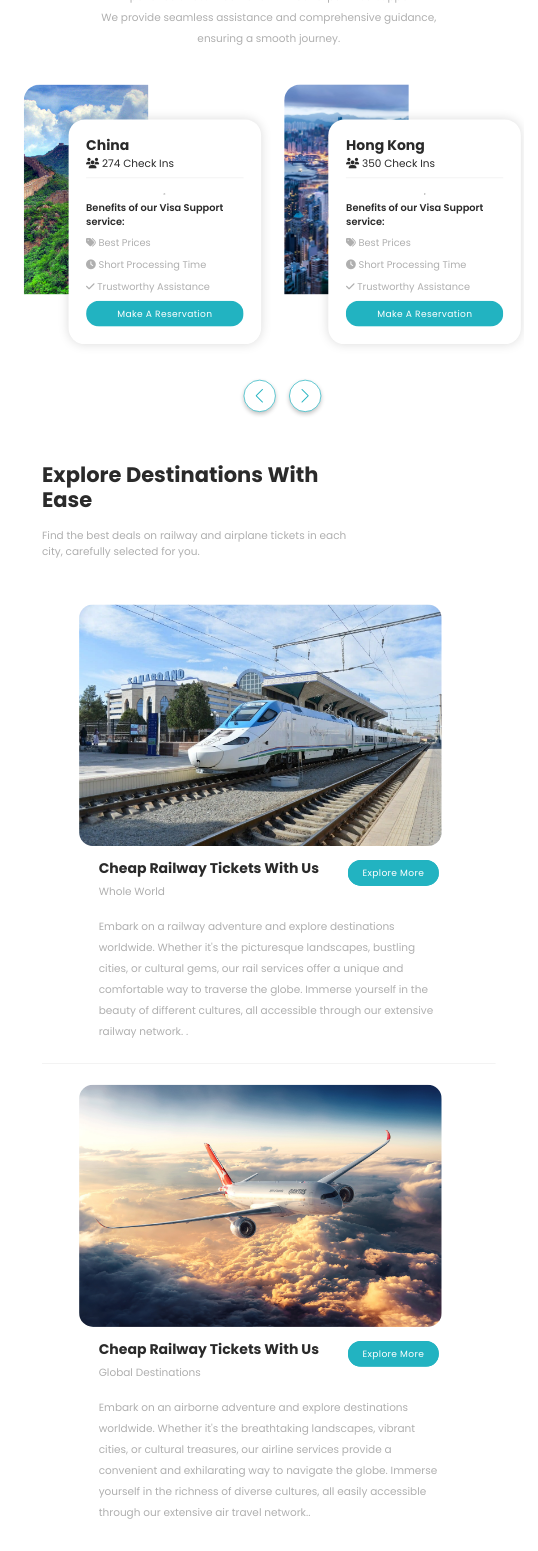
Repository: asadbekdev07/asadbekdev-zamontour-react
Page: /
An editor plug-in stored every save of this project. The page is shown before and after the next save, followed by the edit.
The browser window is 768 px wide. The pictures show the part of the page from y = 1562 to 3802 px (the page is 3777 px tall before and 3802 px after), at 70% of full size.
The project was rebuilt for these pictures with package versions that can differ from the ones it lists, and the page was loaded fresh each time. Also part of the build but not shown: vite.config.js.

Above is the page before, as saved 2024-05-26 18:41:25.

### index.html
<!doctype html>
<html lang="en">
  <head>
    <meta charset="UTF-8" />
    <link rel="icon" type="image/svg+xml" href="/vite.svg" />
    <meta name="viewport" content="width=device-width, initial-scale=1.0" />
    <title>Vite + React</title>
    <link rel="stylesheet" href="https://cdnjs.cloudflare.com/ajax/libs/font-awesome/6.5.2/css/all.min.css" integrity="sha512-SnH5WK+bZxgPHs44uWIX+LLJAJ9/2PkPKZ5QiAj6Ta86w+fsb2TkcmfRyVX3pBnMFcV7oQPJkl9QevSCWr3W6A==" crossorigin="anonymous" referrerpolicy="no-referrer" />

  </head>
  <body>
    <div id="root"></div>
    <script type="module" src="/src/main.jsx"></script>
  </body>
</html>

### src/main.jsx
import React from 'react'
import ReactDOM from 'react-dom/client'
import App from './assets/components/App'
import './assets/styles/index.css'
import './i18n'

ReactDOM.createRoot(document.getElementById('root')).render(
  <React.StrictMode>
    <App />
  </React.StrictMode>,
)

### src/assets/components/App.jsx
import Destination from "./Destination"
import Offers from "./Offers"
import SiteHeader from "./Site-header"
import SliderHero from "./Slider-hero"
import Visa from "./Visa"

function App() {

  return (
    <>
      <SiteHeader />
      <SliderHero />
      <Offers />
      <Visa />
      <Destination />
    </>
  )
}

export default App

### src/assets/styles/index.css
/* CUSTOM PROPS */
:root {
  --primary-color: #22b3c1;
  --primary-bg-color: #ffffff;
  --border-color: #eeeeee;
  --secondary-text-color: #2a2a2a;
  --grayish-text-color: #afafaf;
  --form-border-color: #e0e0e0;
}

/* FONT-FACE  */
@font-face {
  font-family: "Poppins";
  src: url("../fonts/Poppins-Regular.woff2") format("woff2"), url("../fonts/Poppins-Regular.woff") format("woff");
  font-weight: normal;
  font-style: normal;
  font-display: swap;
}
@font-face {
  font-family: "Poppins";
  src: url("../fonts/Poppins-BoldItalic.woff2") format("woff2"), url("../fonts/Poppins-BoldItalic.woff") format("woff");
  font-weight: bold;
  font-style: italic;
  font-display: swap;
}
@font-face {
  font-family: "Poppins";
  src: url("../fonts/Poppins-SemiBold.woff2") format("woff2"), url("../fonts/Poppins-SemiBold.woff") format("woff");
  font-weight: 600;
  font-style: normal;
  font-display: swap;
}
@font-face {
  font-family: "Poppins";
  src: url("../fonts/Poppins-Medium.woff2") format("woff2"), url("../fonts/Poppins-Medium.woff") format("woff");
  font-weight: 500;
  font-style: normal;
  font-display: swap;
}
@font-face {
  font-family: "Poppins";
  src: url("../fonts/Poppins-Bold.woff2") format("woff2"), url("../fonts/Poppins-Bold.woff") format("woff");
  font-weight: bold;
  font-style: normal;
  font-display: swap;
}

/* GLOBAL  */
html {
  box-sizing: border-box;
  height: 100%;
  scroll-behavior: smooth;
}

*,
*::before,
*::after {
  box-sizing: inherit;
}

:focus {
  outline: 2px dotted var(--primary-color);
  outline-offset: 3px;
}

body {
  display: flex;
  flex-direction: column;
  height: 100%;
  padding: 0;
  margin: 0;
  font-weight: 400;
  font-family: "Poppins", "Arial", sans-serif;
  font-size: 15px;
  background-color: #ffffff;
  color: var(--grayish-text-color);
}

img {
  max-width: 100%;
  height: auto;
}

/* AUTOFILL-STYLES */
/*input:-webkit-autofill,
input:-webkit-autofill:hover,
input:-webkit-autofill:focus,
textarea:-webkit-autofill,
textarea:-webkit-autofill:hover,
textarea:-webkit-autofill:focus,
select:-webkit-autofill,
select:-webkit-autofill:hover,
select:-webkit-autofill:focus {
  border-color: transparent;
  -webkit-text-fill-color: inherit;
  -webkit-box-shadow: 0 0 0px 1000px #fff inset;
}*/


/* PLACEHOLDER-STYLES */
/*::-webkit-input-placeholder,
::-moz-placeholder,
:-ms-input-placeholder,
:-moz-placeholder {
  color: rgba(52, 49, 61, 0.5);
  opacity: 1;
}*/


/* VISUALLY-HIDDEN */
.visually-hidden {
  position: absolute;
  width: 1px;
  height: 1px;
  margin: -1px;
  border: 0;
  padding: 0;
  clip: rect(0 0 0 0);
  overflow: hidden;
}


/* CONTAINER  */
.container {
  width: 100%;
  max-width: 1200px;
  padding-left: 20px;
  padding-right: 20px;
  margin-left: auto;
  margin-right: auto;
}

/* MAIN-CONTENT  */
.main-content {
  flex-grow: 1;
}

/* BUTTON  */
.button {
  padding: 13px 30px;
  margin: 0;
  display: inline-block;
  border-radius: 25px;
  font-weight: 500;
  line-height: 21px;
  font-size: 14px;
  letter-spacing: 0.5px;
  transition: color 0.4s ease;
  text-transform: capitalize;
  border: 1px solid transparent;
  background-color: #22b3c1;
  color: #ffffff;
  overflow: hidden;
  text-decoration: none;
  cursor: pointer;
  white-space: nowrap;
  text-align: center;
}
.button:hover {
  opacity: 0.8;
}
.button:active {
  opacity: 0.6;
}

.button--arrow {
  color: #22b3c1;
  transition: all 0.5s ease;
  text-decoration: none;
}

.button--white {
  background-color: #ffffff;
  color: #22b3c1;
}
.button--white:hover {
  background-color: #22b3c1;
  color: #ffffff;
  opacity: 1;
}

.button--form {
  width: 100%;
  display: block;
}

.button--cta {
  border: 1px solid #e0e0e0;
}
.button--cta:hover {
  background-color: #ffffff;
  color: #22b3c1;
  opacity: 1;
}

/* SITE-HEADER  */
.site-header {
  position: relative;
  padding: 15px 20px;
  background-color: var(--primary-color);
}

.site-header :focus {
  outline: 2px dotted var(--primary-bg-color);
  outline-offset: 3px;
}

.site-header__container {
  display: flex;
  align-items: center;
  justify-content: space-between;
}

.site-header__sitenav {
  display: flex;
  align-items: center;
  justify-content: space-between;
}

.sitenav__list {
  padding: 0;
  margin: 0;
  list-style: none;
  display: flex;
  align-items: center;
}

.sitenav__item {
  margin-right: 30px;
}

.sitenav__link {
  text-decoration: none;
  color: var(--primary-bg-color);
  transition: color 0.4s ease;
}

.sitenav__link:hover {
  color: var(--secondary-text-color);
}

.sitenav__link:active {
  opacity: 0.6;
}

.lang {
  margin: 0;
  padding: 0;
  list-style: none;
  display: flex;
  align-items: center;
}

.lang__item {
  margin-right: 30px;
}

.lang__link {
  text-decoration: none;
  color: var(--primary-bg-color);
  transition: color 0.4s ease;
}

.lang__link:hover {
  color: var(--secondary-text-color);
}

.lang__link:active {
  opacity: 0.6;
}

.social {
  margin: 0;
  padding: 0;
  list-style: none;
  display: flex;
  align-items: center;
}

.social__item:not(:last-child) {
  margin-right: 30px;
}

.social__link {
  display: block;
  text-decoration: none;
}

.social__icon {
  display: block;
  color: var(--primary-bg-color);
}

.fa-telegram {
  transition: color 0.4s ease;
}

.fa-instagram {
  transition: color 0.4s ease;
}

.fa-telegram:hover {
  color: var(--secondary-text-color)
}

.fa-instagram:hover {
  color: var(--secondary-text-color)
}

.site-header__toggler {
  display: none;
  width: 24px;
  height: 22px;
  border: 0;
  background-color: transparent;
  padding: 0;
  margin: 0;
  color: var(--primary-bg-color);
}

/* SLIDER-HERO  */
.slider {
  background-position: center;
  background-repeat: no-repeat;
  background-size: cover;
}

.slider__container {
  width: 90%;
  padding-top: 90px;
  padding-bottom: 90px;
  display: flex;
  flex-direction: column;
  align-items: center;
}

.slider__top {
  padding-top: 50px;
  width: 100%;
  text-align: center;
}

.slider__top-heading {
  margin-top: 0;
  margin-bottom: 20px;
  font-weight: 500;
  font-size: 20px;
  color: var(--primary-bg-color);
}

.slider__top-city {
  margin-top: 0;
  margin-bottom: 30px;
  font-weight: 700;
  font-size: 50px;
  color: var(--primary-bg-color);
}

.slider__bottom {
  width: 100%;
}

.list {
  padding: 0;
  margin: 0;
  list-style: none;
  padding: 30px 60px;
  margin-top: 40px;
  display: flex;
  align-items: center;
  justify-content: space-between;
  border-radius: 60px;
  background-color: var(--primary-bg-color);
}

.list__item-inner {
  display: flex;
  align-items: center;
}
.list__item-inner .fa {
  display: flex;
  align-items: center;
  justify-content: center;
  margin-right: 20px;
  width: 60px;
  height: 60px;
  border-radius: 50%;
  line-height: 50px;
  font-size: 25px;
  text-align: center;
  border: 1px solid var(--primary-color);
  color: var(--primary-color);
}

.list__subheading {
  margin: 0;
  font-weight: 700;
  font-size: 20px;
  line-height: 28px;
  color: var(--primary-color);
}
.list__subheading span {
  font-weight: 400;
  font-size: 15px;
  color: var(--grayish-text-color);
}

.lang__link.selected {
  font-weight: bold;
  color: var(--primary-color);
  text-decoration: underline;
}

/* OFFERS  */
.offers,
.visa {
  position: relative;
  padding-top: 80px;
  padding-bottom: 80px;
}

.offers__content,
.visa__content {
  width: 70%;
  margin-left: 15%;
  margin-right: 15%;
  margin-bottom: 50px;
  text-align: center;
}

.offers__title,
.visa__title {
  margin-top: 0;
  margin-bottom: 20px;
  font-weight: 700;
  font-size: 30px;
  line-height: 36px;
  text-transform: capitalize;
  color: var(--secondary-text-color);
}

.offers__description,
.visa__description {
  line-height: 30px;
}

.offers__card,
.visa__card {
  width: 350px;
  height: 420px;
  border-radius: 8px;
  display: flex;
  cursor: pointer;
  align-items: center;
  justify-content: center;
  flex-direction: column;
  position: relative;
}

.offers__img,
.visa__img {
  height: 300px;
  padding-right: 150px;
  padding-bottom: 120px;
  border-top-left-radius: 23px;
  border-bottom-left-radius: 23px;
}


.visa__img {
  width: 50%;
  object-fit: cover;
}

.inner {
  position: absolute;
  right: 1%;
  display: flex;
  flex-direction: column;
  justify-content: center;
  position: absolute;
  z-index: 10000;
  width: 250px;
  padding: 25px;
  border-radius: 23px;
  box-shadow: 0px 0px 15px rgba(0, 0, 0, 0.15);
  background-color: var(--primary-bg-color);
}

.inner__top {
  display: flex;
  align-items: center;
  justify-content: space-between;
  padding-bottom: 10px;
  position: relative;
  margin-bottom: 15px;
  border-bottom: 1px solid #eee;
}

.inner__top h4 {
  font-size: 20px;
  line-height: 24px;
  color: var(--secondary-text-color);
  margin: 0;
}

.inner__top h6 {
  margin: 0;
  font-weight: 700;
  font-size: 20px;
  line-height: 24px;
  color: var(--primary-color);
}
.inner__top span {
  font-weight: 400;
  font-size: 15px;
  line-height: 18px;
}

.inner__list {
  margin: 0;
  padding: 0;
  list-style: none;
  margin-bottom: 10px;
}

.inner__list li:not(:last-child) {
  margin-bottom: 10px;
}

.inner__list li:not(:first-child) {
  font-size: 14px;
  line-height: 21px;
  color: var(--grayish-text-color);
}

.inner__list-title {
  font-weight: 600;
  font-size: 14px;
  line-height: 20px;
  color: var(--secondary-text-color);
}

.swiper-buttons {
  display: flex;
  justify-content: center;
  position: absolute;
  left: 42%;
  bottom: 10%; /* Adjust as needed */
  width: 15%;
}

.swiper-button-next,
.swiper-button-prev {
  width: 46px;
  height: 46px;
  border-radius: 50%;
  border: 1.5px solid var(--primary-color);
  background-color: var(--primary-bg-color);
  color: var(--primary-color);
  text-align: center;
  line-height: 44px;
  cursor: pointer;
  box-shadow: 0 3px 6px rgba(0, 0, 0, 0.23);
  margin: 0 15px;
  font-size: 20px;
}

.swiper-button-next:hover,
.swiper-button-prev:hover {
  background-color: var(--primary-color);
  color: var(--primary-bg-color);
}

.swiper-button-next::after,
.swiper-button-prev::after {
  font-size: 20px; /* Custom size for the arrow icons */
}

/* DESTINATION  */
.destination {
  padding: 40px;
}

.destination__top {
  width: 100%;
  max-width: 450px;
  margin-bottom: 65px;
}

.destination__top-heading {
  margin: 0;
  margin-bottom: 20px;
  font-weight: 700;
  font-size: 30px;
  line-height: 36px;
  color: #2a2a2a;
}

.destination__top-description {
  margin: 0;
  line-height: 30px;
}

.destination__list {
  padding: 0;
  margin: 0;
  list-style: none;
}

.destination__item {
  display: flex;
}
.destination__item:not(:last-child) {
  padding-bottom: 30px;
  margin-bottom: 30px;
  border-bottom: 1px solid #eeeeee;
}

.destination__img {
  margin-right: 24px;
  border-radius: 20px;
}

.destination__inner {
  width: 75%;
  position: relative;
}

.destination__inner-heading {
  margin: 0;
  margin-bottom: 6px;
  font-weight: 700;
  font-size: 20px;
  line-height: 24px;
  color: #2a2a2a;
}

.destination__inner-span {
  line-height: 30px;
}

.button__wrapper {
  position: absolute;
  top: 0;
  right: 0;
}

.destination__inner-description {
  margin: 0;
  margin-top: 20px;
  line-height: 30px;
}

@media only screen and (min-width: 1000px) and (max-width: 1200px) {
  .offers__card {
    width: 30%;
  }

  .offers__img {
    height: 300px;
    padding-right: 85px;
    padding-bottom: 120px;
  }

  .inner {
    width: 210px;
    padding: 21px;
  }
}
@media only screen and (max-width: 1000px) {
  .offers__card {
    width: 45%;
  }

  .offers__img {
    height: 300px;
    padding-right: 60px;
    padding-bottom: 120px;
  }

  .inner {
    width: 225px;
    padding: 25px;
  }

  .swiper-buttons {
    left: 45%;
  }

  .swiper-button-next,
  .swiper-button-prev {
    margin: 0 0;
  }
}

@media only screen and (max-width: 1000px) {
  .destination__img {
    width: 80%;
    margin-bottom: 20px;
  }
  .destination__item {
    display: flex;
    flex-direction: column;
    align-items: center;
  }
}

@media only screen and (max-width: 900px) {
  .site-header__sitenav {
    display: none;
  }

  .site-header__toggler {
    display: block;
  }

  .site-header.is-open .site-header__sitenav {
    z-index: 1000;
    width: 90%;
    display: flex;
    flex-direction: column;
    position: absolute;
    top: 90%;
    left: 5%;
    right: 5%;
    background-color: var(--primary-bg-color);
  }

  .site-header.is-open .sitenav {
    width: 100%;
  }

  .site-header.is-open .sitenav__list,
  .site-header.is-open .social,
  .site-header.is-open .lang {
    display: flex;
    flex-direction: column;
    width: 100%;
  }

  .site-header.is-open .sitenav__item,
  .site-header.is-open .lang__item,
  .site-header.is-open .social__item {
    width: 100%;
    margin: 0;
    padding-top: 8px;
    padding-bottom: 8px;
    border-bottom: 1px solid var(--form-border-color);
    text-align: center;
  }

  .site-header.is-open .sitenav__link,
  .site-header.is-open .lang__link,
  .site-header.is-open .social__link,
  .site-header.is-open .social__icon {
    color: var(--secondary-text-color);
  }

  .site-header.is-open .lang__link:hover,
  .site-header.is-open .social__link:hover,
  .site-header.is-open .social__icon:hover {
    color: var(--primary-color);
  }
  /* LIST */
  .list__subheading {
    font-size: 15px;
    line-height: 18px;
  }
  .list__subheading span {
    font-size: 12px;
  }
  .list__item-inner .fa {
    margin-right: 15px;
    width: 50px;
    height: 50px;
    border-radius: 50%;
    line-height: 40px;
    font-size: 20px;
  }
}

@media only screen and (max-width: 800px) {
  .button {
    padding: 10px 20px;
    border-radius: 20px;
    font-weight: 400;
    line-height: 15px;
    font-size: 13px;
    letter-spacing: 0.5px;
  }
  /* SLIDER  */
  .slider__top-heading {
    margin-bottom: 18px;
    font-weight: 500;
    font-size: 16px;
  }
  .slider__top-city {
    margin-top: 0;
    margin-bottom: 25px;
    font-weight: 700;
    font-size: 40px;
  }

  .swiper-button-next,
  .swiper-button-prev {
    margin: 0 -8px;
  }
}

@media only screen and (min-width: 500px) and (max-width: 700px) {
  .offers__img,
  .visa__img {
    padding-right: 120px;
  }
  .inner {
    width: 275px;
    margin-right: 30px;
  }
}

@media only screen and (max-width: 700px) {
  .list {
    padding: 20px 40px;
    margin-top: 30px;
    border-radius: 50px;
  }
  .list__item-inner .fa {
    margin-right: 12px;
    width: 35px;
    height: 35px;
    border-radius: 50%;
    line-height: 25px;
    font-size: 15px;
  }
  .list__subheading {
    font-size: 13px;
    line-height: 15px;
  }
  .list__subheading span {
    font-size: 10px;
  }
  .offers__content {
    width: 90%;
    margin-left: 5px;
    margin-right: 5px;
  }
  .offers__title,
  .visa__title {
    font-size: 25px;
  }
  .offers__description,
  .visa__description {
    line-height: 25px;
  }
  .offers__img {
    width: 300px;
  }
  .swiper-button-next,
  .swiper-button-prev {
    margin: 0 -12px;
  }
}

@media only screen and (max-width: 600px) {
  .button {
    padding: 8px 18px;
    border-radius: 18px;
    font-weight: 400;
    line-height: 10px;
    font-size: 10px;
    letter-spacing: 0.5px;
  }
  /* SLIDER  */
  .slider {
    padding-top: 0;
    padding-bottom: 0;
  }
  .slider__top {
    padding-top: 20px;
  }
  .slider__top-heading {
    margin-bottom: 14px;
    font-weight: 500;
    font-size: 12px;
  }
  .slider__top-city {
    margin-top: 0;
    margin-bottom: 20px;
    font-weight: 700;
    font-size: 30px;
  }
  /* LIST  */
  .list__item-inner .fa {
    margin-right: 10px;
    width: 30px;
    height: 30px;
    border-radius: 50%;
    line-height: 20px;
    font-size: 12px;
  }
  .list__subheading {
    font-size: 10px;
    line-height: 12px;
  }
  .list__subheading span {
    font-size: 8px;
  }
  .swiper-button-next,
  .swiper-button-prev {
    margin: 0 -20px;
  }
}

@media only screen and (max-width: 500px) {
  .button {
    padding: 6px 12px;
    border-radius: 15px;
    font-weight: 400;
    line-height: 1;
    font-size: 7px;
    letter-spacing: 0.5px;
  }
  /* SLIDER  */

  .slider__container {
    padding-top: 50px;
    padding-bottom: 50px;
  }
  /* LIST  */
  .list {
    padding: 15px 22px;
    margin-top: 25px;
    border-radius: 40px;
  }
  .list__item-inner .fa {
    margin-right: 5px;
    width: 20px;
    height: 20px;
    border-radius: 50%;
    line-height: 10px;
    font-size: 8px;
  }
  .list__subheading {
    font-size: 7px;
    line-height: 1;
  }
  .list__subheading span {
    font-size: 5px;
  }
  .offers__img {
    width: 230px;
  }
  .swiper-button-next,
  .swiper-button-prev {
    margin: 0 -35px;
  }
}

@media
only screen and (-webkit-min-device-pixel-ratio: 2),
only screen and (   min--moz-device-pixel-ratio: 2),
only screen and (     -o-min-device-pixel-ratio: 2/1),
only screen and (        min-device-pixel-ratio: 2),
only screen and (                min-resolution: 192dpi),
only screen and (                min-resolution: 2dppx) {

}

### src/i18n.jsx
import i18n from 'i18next';
import { initReactI18next } from 'react-i18next';
import Backend from 'i18next-http-backend';
import laungageDetector from 'i18next-browser-languagedetector';
import enLang from '../public/locales/en.json'
import uzLang from '../public/locales/uz.json'
import ruLang from '../public/locales/ru.json'

i18n
.use(Backend)
.use(laungageDetector)
.use(initReactI18next)
.init({
  fallbackLng: 'en',
  lng: 'en',
  debug: true,
  resources: {
    en:{translation: enLang},
    uz:{translation: uzLang},
    ru:{translation: ruLang}
  }
})

export default i18n;

### src/assets/components/Destination.jsx
import afrasiab from "/img/afr.jpg";
import airplane from "/img/airplane.jpg";

const destinationData = [
  { img: afrasiab, heading: "Cheap Railway Tickets With Us", subheading: "Whole World", text: "Embark on a railway adventure and explore destinations worldwide. Whether it's the picturesque landscapes, bustling cities, or cultural gems, our rail services offer a unique and comfortable way to traverse the globe. Immerse yourself in the beauty of different cultures, all accessible through our extensive railway network. ." },
  { img: airplane, heading: "Cheap Railway Tickets With Us", subheading: "Global Destinations", text: "Embark on an airborne adventure and explore destinations worldwide. Whether it's the breathtaking landscapes, vibrant cities, or cultural treasures, our airline services provide a convenient and exhilarating way to navigate the globe. Immerse yourself in the richness of diverse cultures, all easily accessible through our extensive air travel network.." },
]

const Destination = () => {
  return (
    <section className="destination">
      <div className="container">
        <div className="destination__top">
          <h2 className="destination__top-heading">Explore Destinations With Ease</h2>
          <p className="destination__top-text">Find the best deals on railway and airplane tickets in each city, carefully selected for you.</p>
        </div>

        <ul className="destination__list">
          {destinationData.map((destination, index) =>(
            <li key={index} className="destination__item">
            <img className="destination__img" src={destination.img} alt="Airplane img" width={340} height={228}/>
            <div className="destination__inner">
              <h3 className="destination__inner-heading">{destination.heading}</h3>
              <span className="destination__inner-span">{destination.subheading}</span>
              <div className="button__wrapper">
                <a className="button destination__button" href="#contact">Explore More</a>
              </div>
              <p className="destination__inner-description">{destination.text}</p>
              <div className="button__wrapper">
                <a className="button destination__responsive-button" href="#contact">Explore More</a>
              </div>
            </div>
          </li>
          ))}
        </ul>
      </div>
    </section>
  )
}

export default Destination

### src/assets/components/Slider-hero.jsx
import React from 'react';
import { Swiper, SwiperSlide } from 'swiper/react';
import 'swiper/css';
import 'swiper/css/pagination';
import 'swiper/css/navigation';


import { Autoplay, Pagination, Navigation } from 'swiper/modules';

import istanbulImg from '/img/istanbul.jpg';
import antalyaImg from '/img/antalya.jpg';
import dubaiImg from '/img/dubai2.jpg';
import sharmImg from '/img/sharm.jpg';

const slidesData = [
  {
    img: istanbulImg,
    city: 'Istanbul',
    population: '15.5 M',
    territory: '5.461 km²',
    avgPrice: '$946.000'
  },
  {
    img: antalyaImg,
    city: 'Antalya',
    population: '1.5 M',
    territory: '1.417 km²',
    avgPrice: '$1.100.200'
  },
  {
    img: dubaiImg,
    city: 'Dubai',
    population: '3.3 M',
    territory: '35 km²',
    avgPrice: '$425.000'
  },
  {
    img: sharmImg,
    city: 'Sharm El-Sheikh',
    population: '0.07 M',
    territory: '45 km²',
    avgPrice: '$165.450'
  }
];

const SlideContent = ({ img, city, population, territory, avgPrice }) => (
  <section className="slider" style={{ backgroundImage: `url(${img})` }}>
    <div className="container slider__container">
      <div className="slider__top">
        <h3 className="slider__top-heading">Take a Glimpse Into The Beautiful City Of:</h3>
        <h2 className="slider__top-city">{city}</h2>
        <a className="button button--cta" href="#contact">Go There</a>
      </div>
      <div className="slider__bottom">
        <ul className="slider__bottom-list list">
          <li className="list__item">
            <div className="list__item-inner">
              <i className="fa fa-user"></i>
              <h4 className="list__subheading">
                <span>Population:</span><br />{population}
              </h4>
            </div>
          </li>
          <li className="list__item">
            <div className="list__item-inner">
              <i className="fa fa-globe"></i>
              <h4 className="list__subheading">
                <span>Territory:</span><br />{territory}
              </h4>
            </div>
          </li>
          <li className="list__item">
            <div className="list__item-inner">
              <i className="fa fa-home"></i>
              <h4 className="list__subheading">
                <span>Avg Price:</span><br />{avgPrice}
              </h4>
            </div>
          </li>
          <div className="list__item-inner">
            <a className="button" href="#contact">Explore More</a>
          </div>
        </ul>
      </div>
    </div>
  </section>
);

export default function SliderHero() {
  return (
    <Swiper
      spaceBetween={5}
      centeredSlides={true}
      autoplay={{
        delay: 5500,
        disableOnInteraction: false,
      }}
      pagination={{
        clickable: true,
      }}
      loop={true}
      navigation={false}
      modules={[Autoplay, Pagination, Navigation]}
      className="mySwiper"
    >
      {slidesData.map((slide, index) => (
        <SwiperSlide key={index}>
          <SlideContent {...slide} />
        </SwiperSlide>
      ))}
    </Swiper>
  );
}

Loaded but not shown: public/locales/uz.json (12 lines, source omitted); public/locales/en.json (12 lines, source omitted); public/locales/ru.json (12 lines, source omitted); src/assets/components/Site-header.jsx (106 lines, source omitted); src/assets/components/Offers.jsx (86 lines, source omitted); src/assets/components/Visa.jsx (86 lines, source omitted)

After the next save:
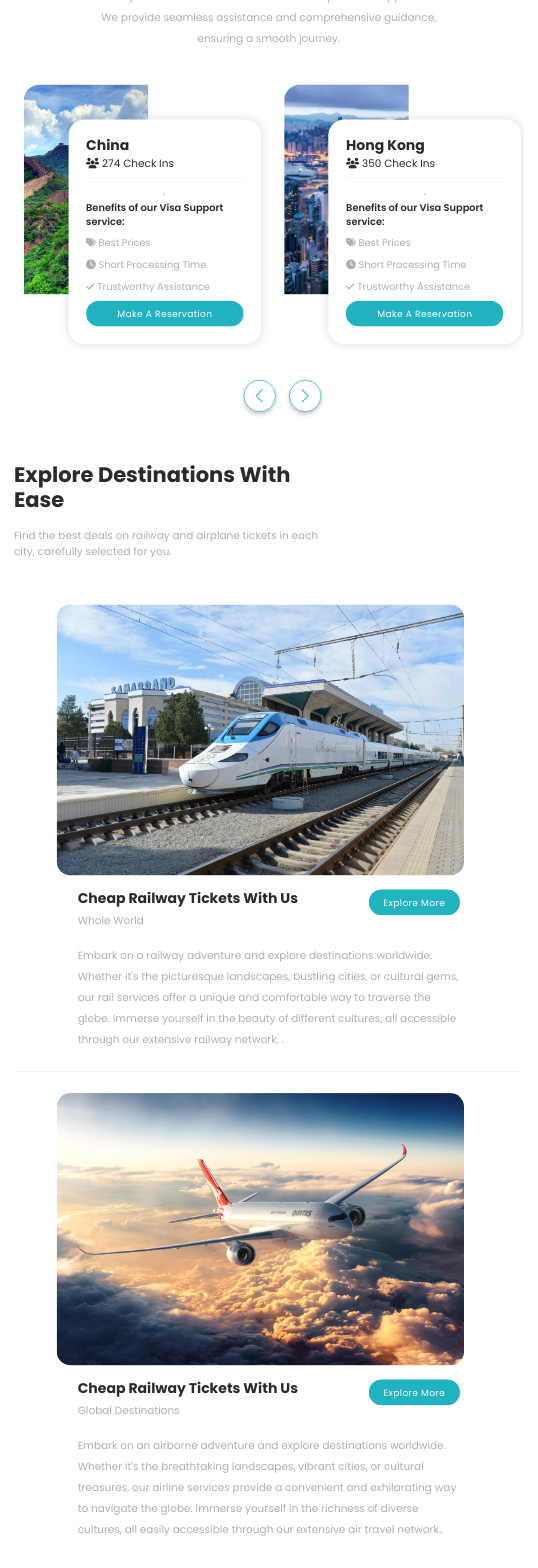
Saved 54 s later.
--- a/src/assets/styles/index.css
+++ b/src/assets/styles/index.css
@@ -695,6 +695,10 @@ select:-webkit-autofill:focus {
 }
 
 @media only screen and (max-width: 1000px) {
+  .destination {
+    padding-left: 0;
+    padding-right: 0;
+  }
   .destination__img {
     width: 80%;
     margin-bottom: 20px;
